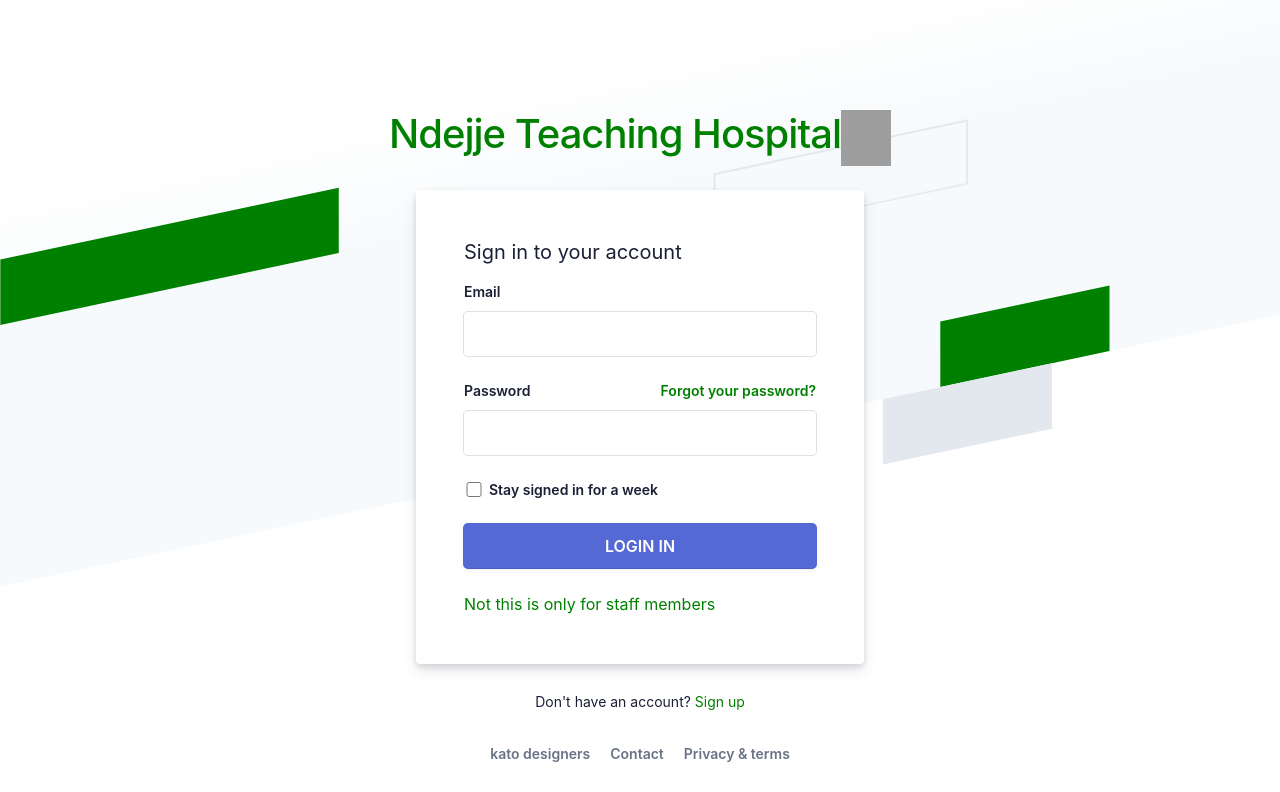
Repository: kluivert-ssali/katoMessi
Page: http://localhost/login.php
The author's editor kept a copy of each file at every save. The page is drawn from the files as they stood at one save, then again after the next save.
The browser window is 1280 px wide. The pictures show the whole page.
Pictures or frames that could not be fetched are drawn as grey boxes. Some web libraries are served in a nearby version. The page is run by PHP 8.4 with error messages shown; the project is at /var/www/html/.

Above is the page before, as saved 2022-05-10 17:47:52.

### login.php
<?php





?>




<!-- staff login form  -->
<!DOCTYPE html>
<html lang="en">

<head>
    <meta charset="UTF-8">
    <meta http-equiv="X-UA-Compatible" content="IE=edge">
    <meta name="viewport" content="width=device-width, initial-scale=1.0">
    <!-- <script src="https://ajax.googleapis.com/ajax/libs/jquery/2.2.0/jquery.min.js"></script>
    <link rel="stylesheet" href="https://maxcdn.bootstrapcdn.com/bootstrap/3.3.6/css/bootstrap.min.css" /> -->
    <!-- bootsrap css -->
    <link href="https://cdn.jsdelivr.net/npm/bootstrap@5.1.3/dist/css/bootstrap.min.css" rel="stylesheet" integrity="sha384-1BmE4kWBq78iYhFldvKuhfTAU6auU8tT94WrHftjDbrCEXSU1oBoqyl2QvZ6jIW3" crossorigin="anonymous">
    <title>Login</title>
    <style>
        /* put button in right */
        .btn {
            float: right;
        }
        * {
  padding: 0;
  margin: 0;
  color: #1a1f36;
  box-sizing: border-box;
  word-wrap: break-word;
  font-family: -apple-system,BlinkMacSystemFont,Segoe UI,Roboto,Helvetica Neue,Ubuntu,sans-serif;
}

h1 {
    letter-spacing: -1px;
}
a {
  color: green;
  text-decoration: unset;
}
.login-root {
    background: #fff;
    display: flex;
    width: 100%;
    min-height: 100vh;
    overflow: hidden;
}
.loginbackground {
    min-height: 692px;
    position: fixed;
    bottom: 0;
    left: 0;
    right: 0;
    top: 0;
    z-index: 0;
    overflow: hidden;
}
.flex-flex {
    display: flex;
}
.align-center {
  align-items: center;
}
.center-center {
  align-items: center;
  justify-content: center;
}
.box-root {
    box-sizing: border-box;
}
.flex-direction--column {
    -ms-flex-direction: column;
    flex-direction: column;
}
.loginbackground-gridContainer {
    display: -ms-grid;
    display: grid;
    -ms-grid-columns: [start] 1fr [left-gutter] (86.6px)[16] [left-gutter] 1fr [end];
    grid-template-columns: [start] 1fr [left-gutter] repeat(16,86.6px) [left-gutter] 1fr [end];
    -ms-grid-rows: [top] 1fr [top-gutter] (64px)[8] [bottom-gutter] 1fr [bottom];
    grid-template-rows: [top] 1fr [top-gutter] repeat(8,64px) [bottom-gutter] 1fr [bottom];
    justify-content: center;
    margin: 0 -2%;
    transform: rotate(-12deg) skew(-12deg);
}
.box-divider--light-all-2 {
    box-shadow: inset 0 0 0 2px #e3e8ee;
}
.box-background--blue {
    background-color:green;
}
.box-background--white {
  background-color: #ffffff;
}
.box-background--blue800 {
    background-color: #212d63;
}
.box-background--gray100 {
    background-color: #e3e8ee;
}
.box-background--cyan200 {
    background-color: #7fd3ed;
}
.padding-top--64 {
  padding-top: 64px;
}
.padding-top--24 {
  padding-top: 24px;
}
.padding-top--48 {
  padding-top: 48px;
}
.padding-bottom--24 {
  padding-bottom: 24px;
}
.padding-horizontal--48 {
  padding: 48px;
}
.padding-bottom--15 {
  padding-bottom: 15px;
}


.flex-justifyContent--center {
  -ms-flex-pack: center;
  justify-content: center;
}

.formbg {
    margin: 0px auto;
    width: 100%;
    max-width: 448px;
    background: white;
    border-radius: 4px;
    box-shadow: rgba(60, 66, 87, 0.12) 0px 7px 14px 0px, rgba(0, 0, 0, 0.12) 0px 3px 6px 0px;
}
span {
    display: block;
    font-size: 20px;
    line-height: 28px;
    color: #1a1f36;
}
label {
    margin-bottom: 10px;
}
.reset-pass a,label {
    font-size: 14px;
    font-weight: 600;
    display: block;
}
.reset-pass > a {
    text-align: right;
    margin-bottom: 10px;
}
.grid--50-50 {
    display: grid;
    grid-template-columns: 50% 50%;
    align-items: center;
}

.field input {
    font-size: 16px;
    line-height: 28px;
    padding: 8px 16px;
    width: 100%;
    min-height: 44px;
    border: unset;
    border-radius: 4px;
    outline-color: rgb(84 105 212 / 0.5);
    background-color: rgb(255, 255, 255);
    box-shadow: rgba(0, 0, 0, 0) 0px 0px 0px 0px,
                rgba(0, 0, 0, 0) 0px 0px 0px 0px,
                rgba(0, 0, 0, 0) 0px 0px 0px 0px,
                rgba(60, 66, 87, 0.16) 0px 0px 0px 1px,
                rgba(0, 0, 0, 0) 0px 0px 0px 0px,
                rgba(0, 0, 0, 0) 0px 0px 0px 0px,
                rgba(0, 0, 0, 0) 0px 0px 0px 0px;
}

input[type="submit"] {
    background-color: rgb(84, 105, 212);
    box-shadow: rgba(0, 0, 0, 0) 0px 0px 0px 0px,
                rgba(0, 0, 0, 0) 0px 0px 0px 0px,
                rgba(0, 0, 0, 0.12) 0px 1px 1px 0px,
                rgb(84, 105, 212) 0px 0px 0px 1px,
                rgba(0, 0, 0, 0) 0px 0px 0px 0px,
                rgba(0, 0, 0, 0) 0px 0px 0px 0px,
                rgba(60, 66, 87, 0.08) 0px 2px 5px 0px;
    color: #fff;
    font-weight: 600;
    cursor: pointer;
}
.field-checkbox input {
    width: 20px;
    height: 15px;
    margin-right: 5px;
    box-shadow: unset;
    min-height: unset;
}
.field-checkbox label {
    display: flex;
    align-items: center;
    margin: 0;
}
a.ssolink {
    display: block;
    text-align: center;
    font-weight: 600;
}
.footer-link span {
    font-size: 14px;
    text-align: center;
}
.listing a {
    color: #697386;
    font-weight: 600;
    margin: 0 10px;
}

.animationRightLeft {
  animation: animationRightLeft 2s ease-in-out infinite;
}
.animationLeftRight {
  animation: animationLeftRight 2s ease-in-out infinite;
}
.tans3s {
  animation: animationLeftRight 3s ease-in-out infinite;
}
.tans4s {
  animation: animationLeftRight 4s ease-in-out infinite;
}

@keyframes animationLeftRight {
  0% {
    transform: translateX(0px);
  }
  50% {
    transform: translateX(1000px);
  }
  100% {
    transform: translateX(0px);
  }
}

@keyframes animationRightLeft {
  0% {
    transform: translateX(0px);
  }
  50% {
    transform: translateX(-1000px);
  }
  100% {
    transform: translateX(0px);
  }
}
    </style>

</head>

<body>
    <!-- button  -->
    <button type="button" class="btn btn-dark" onclick="window.location.href='admin.php'">Super Admin</button>
    <div class="login-root">
        <div class="box-root flex-flex flex-direction--column" style="min-height: 100vh;flex-grow: 1;">
            <div class="loginbackground box-background--white padding-top--64">
                <div class="loginbackground-gridContainer">
                    <div class="box-root flex-flex" style="grid-area: top / start / 8 / end;">
                        <div class="box-root" style="background-image: linear-gradient(white 0%, rgb(247, 250, 252) 33%); flex-grow: 1;">
                        </div>
                    </div>
                    <div class="box-root flex-flex" style="grid-area: 4 / 2 / auto / 5;">
                        <div class="box-root box-divider--light-all-2 animationLeftRight tans3s" style="flex-grow: 1;"></div>
                    </div>
                    <div class="box-root flex-flex" style="grid-area: 6 / start / auto / 2;">
                        <div class="box-root box-background--blue800" style="flex-grow: 1;"></div>
                    </div>
                    <div class="box-root flex-flex" style="grid-area: 7 / start / auto / 4;">
                        <div class="box-root box-background--blue animationLeftRight" style="flex-grow: 1;"></div>
                    </div>
                    <div class="box-root flex-flex" style="grid-area: 8 / 4 / auto / 6;">
                        <div class="box-root box-background--gray100 animationLeftRight tans3s" style="flex-grow: 1;"></div>
                    </div>
                    <div class="box-root flex-flex" style="grid-area: 2 / 15 / auto / end;">
                        <div class="box-root box-background--cyan200 animationRightLeft tans4s" style="flex-grow: 1;"></div>
                    </div>
                    <div class="box-root flex-flex" style="grid-area: 3 / 14 / auto / end;">
                        <div class="box-root box-background--blue animationRightLeft" style="flex-grow: 1;"></div>
                    </div>
                    <div class="box-root flex-flex" style="grid-area: 4 / 17 / auto / 20;">
                        <div class="box-root box-background--gray100 animationRightLeft tans4s" style="flex-grow: 1;"></div>
                    </div>
                    <div class="box-root flex-flex" style="grid-area: 5 / 14 / auto / 17;">
                        <div class="box-root box-divider--light-all-2 animationRightLeft tans3s" style="flex-grow: 1;"></div>
                    </div>
                </div>
            </div>
            <div class="box-root padding-top--24 flex-flex flex-direction--column" style="flex-grow: 1; z-index: 9;">
                <div class="box-root padding-top--48 padding-bottom--24 flex-flex flex-justifyContent--center">
                    <h1><a href="index.html" rel="dofollow">Ndejje Teaching Hospital</a></h1><img style="height: 50; width:50px;" src="https://admissions.ndu.ac.ug/resources/images/logos/ndejje.png">
                </div>
                <div class="formbg-outer">
                    <div class="formbg">
                        <div class="formbg-inner padding-horizontal--48">
                            <span class="padding-bottom--15">Sign in to your account</span>
                            <form id="stripe-login">
                                <div class="field padding-bottom--24">
                                    <label for="email">Email</label>
                                    <input type="email" name="email">
                                </div>
                                <div class="field padding-bottom--24">
                                    <div class="grid--50-50">
                                        <label for="password">Password</label>
                                        <div class="reset-pass">
                                            <a href="#">Forgot your password?</a>
                                        </div>
                                    </div>
                                    <input type="password" name="password">
                                </div>
                                <div class="field field-checkbox padding-bottom--24 flex-flex align-center">
                                    <label for="checkbox">
                                        <input type="checkbox" name="checkbox"> Stay signed in for a week
                                    </label>
                                </div>
                                <div class="field padding-bottom--24">
                                    <input type="submit" name="submit" value="LOGIN IN">
                                </div>
                                <div class="field">
                                    <a class="" href="#">Not this is only for staff members</a>
                                </div>
                            </form>
                        </div>
                    </div>
                    <div class="footer-link padding-top--24">
                        <span>Don't have an account? <a href="">Sign up</a></span>
                        <div class="listing padding-top--24 padding-bottom--24 flex-flex center-center">
                            <span><a href="#">kato designers</a></span>
                            <span><a href="#">Contact</a></span>
                            <span><a href="#">Privacy & terms</a></span>
                        </div>
                    </div>
                </div>
            </div>
        </div>
    </div>








    <script src="https://cdn.jsdelivr.net/npm/bootstrap@5.1.3/dist/js/bootstrap.bundle.min.js" integrity="sha384-ka7Sk0Gln4gmtz2MlQnikT1wXgYsOg+OMhuP+IlRH9sENBO0LRn5q+8nbTov4+1p" crossorigin="anonymous"></script>
    <script src="https://cdn.jsdelivr.net/npm/@popperjs/core@2.10.2/dist/umd/popper.min.js" integrity="sha384-7+zCNj/IqJ95wo16oMtfsKbZ9ccEh31eOz1HGyDuCQ6wgnyJNSYdrPa03rtR1zdB" crossorigin="anonymous"></script>
    <script src="https://cdn.jsdelivr.net/npm/bootstrap@5.1.3/dist/js/bootstrap.min.js" integrity="sha384-QJHtvGhmr9XOIpI6YVutG+2QOK9T+ZnN4kzFN1RtK3zEFEIsxhlmWl5/YESvpZ13" crossorigin="anonymous"></script>
</body>

</html>

After the next save:
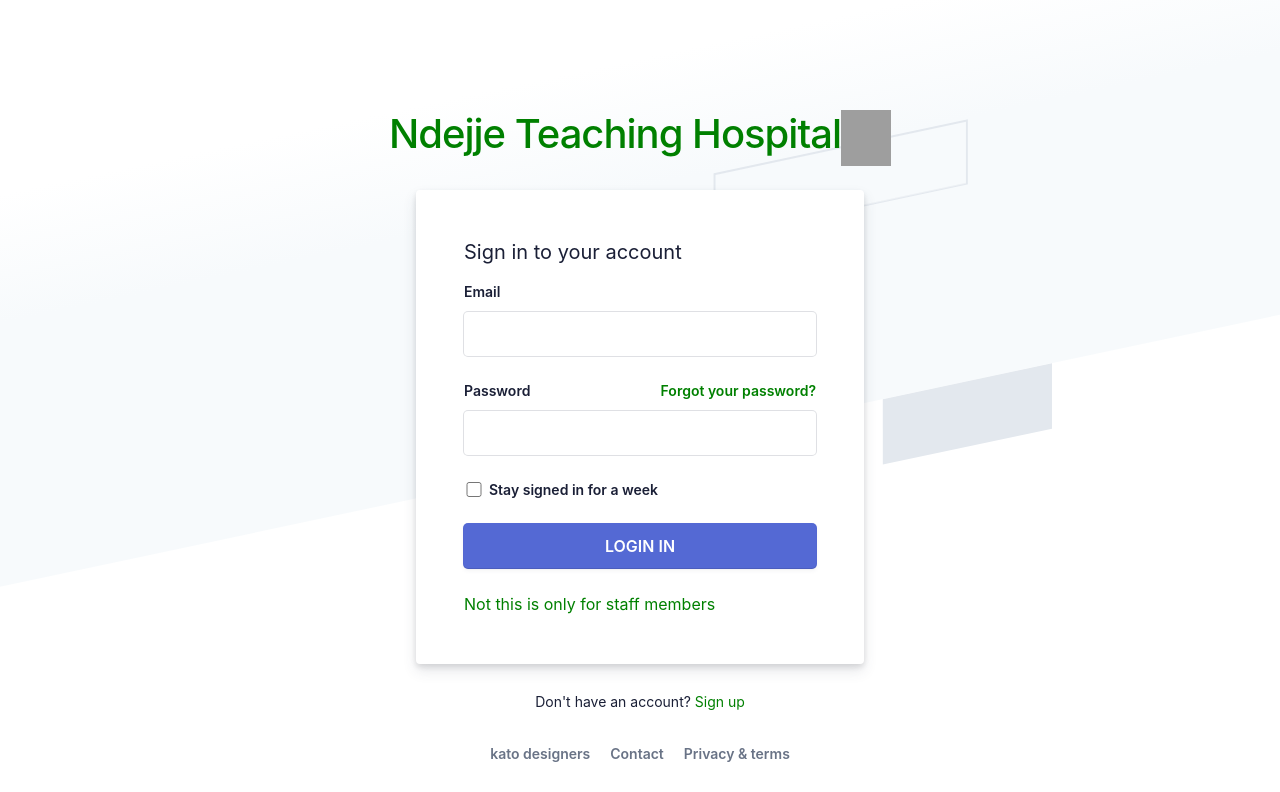
Saved 3 days later.
--- a/login.php
+++ b/login.php
@@ -92,7 +92,7 @@ a {
     box-shadow: inset 0 0 0 2px #e3e8ee;
 }
 .box-background--blue {
-    background-color:green;
+    background-color:;
 }
 .box-background--white {
   background-color: #ffffff;
